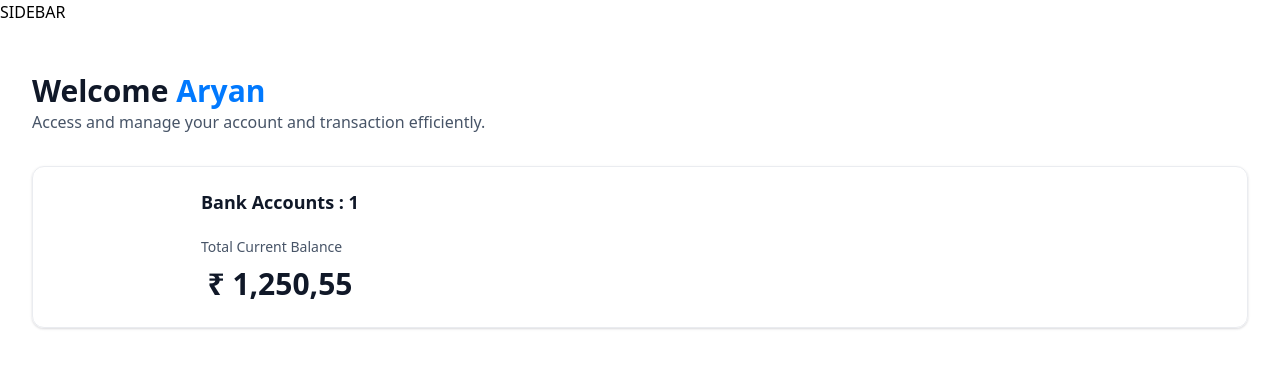
Repository: Strong02coder/banking_app
Page: /
The author's editor kept a copy of each file at every save. The page is drawn from the files as they stood at one save, then again after the next save.
The browser window is 1280 px wide. The pictures show the whole page.
The project was rebuilt for these pictures with package versions that can differ from the ones it lists, and the page was loaded fresh each time. The framework's server and built-in components were replaced by stand-ins that run in the browser. Also part of the build but not shown: next.config.mjs.

Above is the page before, as saved 2024-09-19 19:34:48.

### app/layout.tsx
import type { Metadata } from "next";
import localFont from "next/font/local";
import "./globals.css";

const geistSans = localFont({
  src: "./fonts/GeistVF.woff",
  variable: "--font-geist-sans",
  weight: "100 900",
});
const geistMono = localFont({
  src: "./fonts/GeistMonoVF.woff",
  variable: "--font-geist-mono",
  weight: "100 900",
});

export const metadata: Metadata = {
  title: "Horizon",
  description: "Horizon is a modern banking platform for everyone.",
	icons: {
		icon: '/icons/logo.svg'
	}
};

export default function RootLayout({
  children,
}: Readonly<{
  children: React.ReactNode;
}>) {
  return (
    <html lang="en">
      <body className={`${geistSans.variable} ${geistMono.variable}antialiased`}>{children}</body>
    </html>
  );
}

### app/(root)/layout.tsx
export default function RootLayout({
  children,
}: Readonly<{
  children: React.ReactNode;
}>) {
  return (
    <main>
			SIDEBAR
			{children}
		</main>
  );
}

### app/(root)/page.tsx
import HeaderBox from '@/components/Headerbox'
import TotalBalanceBox from '@/components/TotalBalanceBox'

const Home = () => {
	const loggedIn = {firstName : 'Aryan'}
	return (
		<section className="home">
			<div className="home-content">
				<header className="home-header">
					<HeaderBox
					  type = "greeting"
						title = "Welcome"
						user = {loggedIn?.firstName || 'Guest'}
						subtext = "Access and manage your account and transaction efficiently."
					/>
					<TotalBalanceBox
					  accounts = {[]}
						totalBanks = {1}
						totalCurrentBalance = {1250.55}
					/>
				</header>
			</div>
		</section>
	)
}

export default Home

### components/Headerbox.tsx
const Headerbox = ({type = "title", title, subtext, user}: HeaderBoxProps) => {
	return (
		<div className="header-box">
			<h1 className="header-box-title">
				{title}
				{type === 'greeting' && (
					<span className="text-bankGradient">
						&nbsp;{user}
					</span>
				)}
				<p className="header-box-subtext">{subtext}</p>

			</h1>
		</div>
	)
}

export default Headerbox

### components/TotalBalanceBox.tsx
import AnimatedCounter from './AnimatedCounter'

const TotalBalanceBox = ({accounts = [], totalBanks, totalCurrentBalance}: TotlaBalanceBoxProps) => {
	return (
		<section className="total-balance">
			<div className="total-balance-chart">
				{/* DonughnutChart */}
			</div>
			<div className="flex flex-col gap-6">
				<h2 className="header-2">
					Bank Accounts : {totalBanks}
				</h2>
				<div className="flex flex-col gap-2">
					<p className="total-balance-label">
						Total Current Balance
					</p>
					<p className="total-balance-amount flex-center gap-2">
						<AnimatedCounter amount={totalCurrentBalance}/>
					</p>
				</div>
			</div>
		</section>
	)
}

export default TotalBalanceBox

### components/AnimatedCounter.tsx
'use client';

import CountUp from "react-countup";

const AnimatedCounter = ({amount}:{amount:number}) => {
	return (
		<div className="">
			<CountUp
				duration={2.35}
				decimals={2}
			  decimal=","
  			prefix="₹ "
				end={amount}
			/>
		</div>
	)
}

export default AnimatedCounter

Loaded but not shown: app/globals.css (common file); tailwind.config.ts (common file)

After the next save:
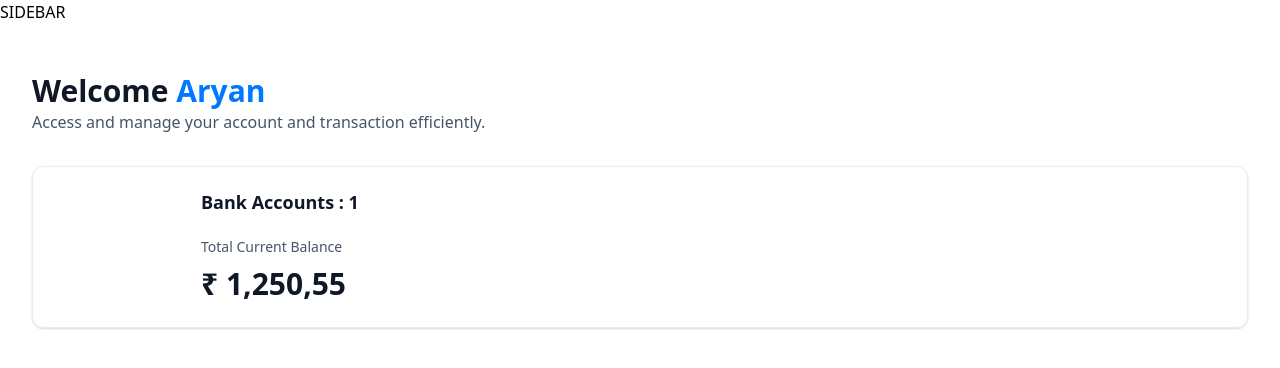
Saved 5 s later.
--- a/components/AnimatedCounter.tsx
+++ b/components/AnimatedCounter.tsx
@@ -4,7 +4,7 @@ import CountUp from "react-countup";
 
 const AnimatedCounter = ({amount}:{amount:number}) => {
 	return (
-		<div className="">
+		<div className="w-full">
 			<CountUp
 				duration={2.35}
 				decimals={2}
